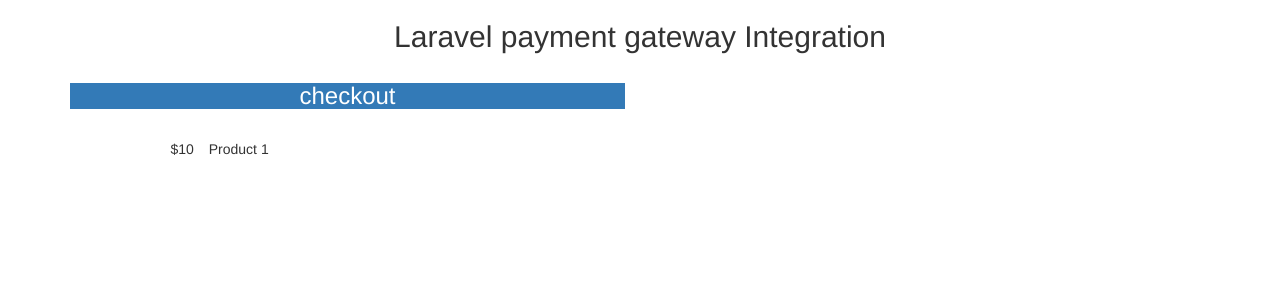
Repository: Raisul1239/stripe
Page: http://localhost/checkout
These files come from the project's save history. The page is drawn as it stood at one moment and after the next save; the edit follows.
The browser window is 1280 px wide. The pictures show the whole page.
The page is served by the project's Laravel application, run on PHP 8.4 with Laravel 8. Other server files are loaded and not shown.

Above is the page before, as saved 2020-02-24 10:24:49.

### routes/web.php
<?php

/*
|--------------------------------------------------------------------------
| Web Routes
|--------------------------------------------------------------------------
|
| Here is where you can register web routes for your application. These
| routes are loaded by the RouteServiceProvider within a group which
| contains the "web" middleware group. Now create something great!
|
*/

Route::get('/', function () {
    return view('welcome');
});
Route::get('checkout','CheckoutController@index')->name('checkout.page');

### app/Http/Controllers/CheckoutController.php
<?php

namespace App\Http\Controllers;

use Illuminate\Http\Request;

class CheckoutController extends Controller
{
    //
    public function index(){
        return view ('checkout-page');
    }
}

### resources/views/checkout-page.blade.php
<!DOCTYPE html>
<html lang="en">

<head>
    <title>Bootstrap Example</title>
    <meta charset="utf-8">
    <meta name="viewport" content="width=device-width,
initial-scale=1">
    <link rel="stylesheet" href="https://maxcdn.bootstrapcdn.com/bootstrap/3.4.1/css/bootstrap.min.css">

    <!-- jQuery library -->
    <script src="https://ajax.googleapis.com/ajax/libs/jquery/3.4.1/jquery.min.js"></script>

    <!-- Latest compiled JavaScript -->
    <script src="https://maxcdn.bootstrapcdn.com/bootstrap/3.4.1/js/bootstrap.min.js"></script>
</head>

<body>
    <div class="container">
        <h2 align="center">Laravel payment gateway Integration</h2>
        <div class="row">
            <div class="col-lg-6">
                <div class="card">
                    <div class="card-header bg-primary text-center">
                        <h3>checkout</h3>
                    </div>
                    <div class="card-body">
                        <dic class="row">
                            <div class="col-lg-6">Product 1</divf>
                                <div class="col-lg-6 text-right">$10</div>
                            </div>

</html>

Loaded but not shown: app/Http/Controllers/Controller.php (common file)

After the next save:
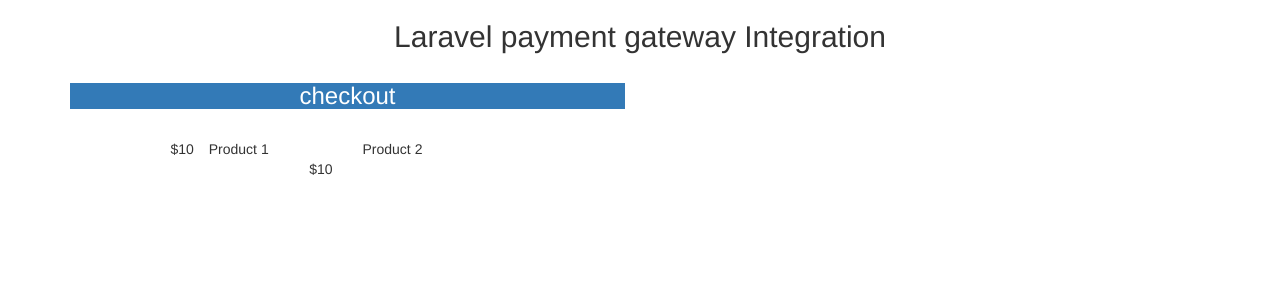
Saved 81 s later.
--- a/resources/views/checkout-page.blade.php
+++ b/resources/views/checkout-page.blade.php
@@ -29,5 +29,8 @@
                             <div class="col-lg-6">Product 1</divf>
                                 <div class="col-lg-6 text-right">$10</div>
                             </div>
+                            <div class="row">
+                                <div class="col-lg-6">Product 2</div>
+                                <div class="col-lg-6 text-right">$10</div>
 
 </html>
